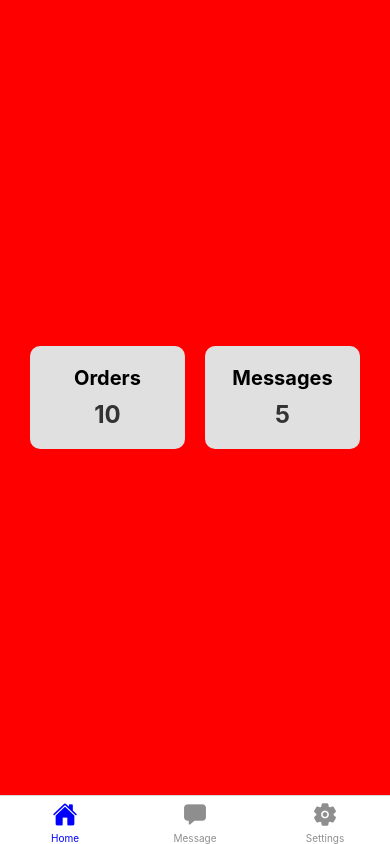
Repository: Waikato153/AwesomeProject
Screen: /
An editor plug-in stored every save of this project. The screen is shown before and after the next save, followed by the edit.
The app was drawn by React Native's web renderer in a window 390 px wide. The project was rebuilt for these pictures with package versions that can differ from the ones it lists, and the page was loaded fresh each time.

Above is the screen before, as saved 2024-02-28 16:17:23.

After the next save:
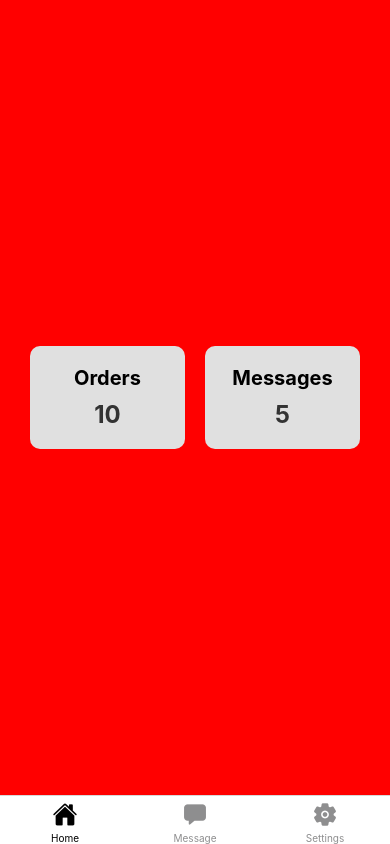
Saved 7 s later.
--- a/App.js
+++ b/App.js
@@ -37,10 +37,10 @@ function MyTabs() {
   return (
 
     <Tab.Navigator
-    screenOptions={{
-      tabBarActiveTintColor: "blue",
-      headerShown: false,
-    }}
+      screenOptions={{
+        tabBarActiveTintColor: "#000",
+        headerShown: false,
+      }}
     >
       <Tab.Screen
         name="Home"
